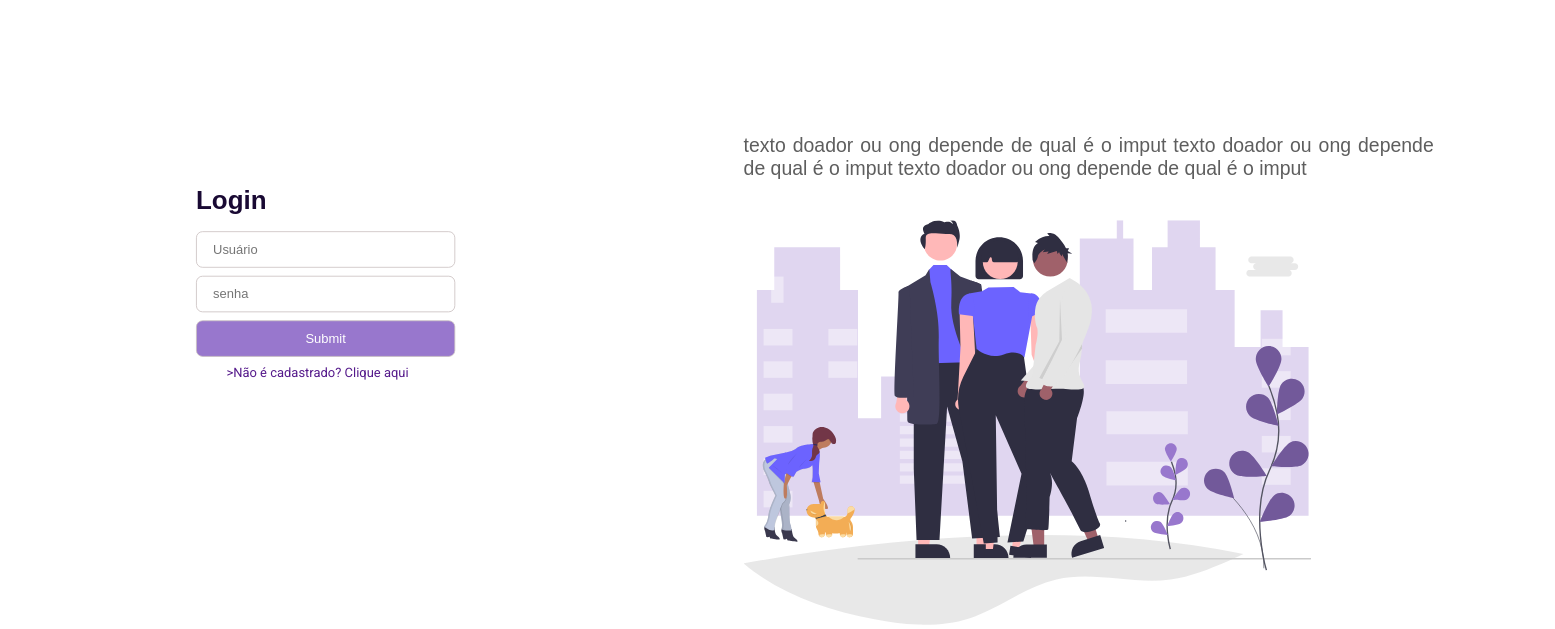
Repository: Dirlandia404/Casos
Page: src/pages/login.html
An editor plug-in stored every save of this project. The page is shown before and after the next save, followed by the edit.
The browser window is 1920 px wide. The pictures show the whole page, at 81% of full size.

Above is the page before, as saved 2021-07-14 10:07:07.

### src/pages/login.html
<!DOCTYPE html>
<html lang="pt_br">

<head>
    <meta charset="UTF-8">
    <meta name="viewport" content="width=device-width, initial-scale=1.0">
    <title>Login</title>
    <!--pegar fontes-->
    <link href="https://fonts.googleapis.com/css2?family=Roboto&family=Ubuntu:wght@700&display=swap" rel="stylesheet">

    <link rel="stylesheet" href="/src/style/login.css">



    <link rel="stylesheet" href="/src/style/midia.css">
</head>
<body>
    <div id="page-login">
        <div id="lado-d">
            <p>
                texto doador ou ong depende de qual é o imput
                texto doador ou ong depende de qual é o imput
                texto doador ou ong depende de qual é o imput

            </p>
            <img src="/public/Group 15.svg" alt="">
        </div>
        <div id="login">
            <h1>Login</h1>
            <form action="">
                <input type="text" placeholder="Usuário">
                <input type="password" placeholder="senha">
                <input type="submit" placeholder="Entrar" >


                <a href="">>Não é cadastrado? Clique aqui</a>
            </form>
        </div>

    </div>


</body>
</html>

### src/style/login.css

form{
    text-align: center;


}
#lado-d{
    position:absolute;
    left:40%;
    top:30%;
    margin-left: 150px;
    margin-top: -50px;
}
#lado-d p{
    font-size: 24px;
    font-family: Arial, Helvetica, sans-serif;
    color: #5E5E5E;
    text-align: justify;
    margin-right: 150px;
    margin-bottom: 50px;
}
img{
    width: 70%;
}

#login{
    max-width: 500px;
    width: 320px;
    margin: 200px 200px;
    position: absolute;
    left: 10%;
    top: 20%;
    transform: translate(-50%, -50%);


}
#login h1{
    padding: 10px;
    color: #190933;
    font-family: sans-serif;
}
#login span{
    justify-items: center;
    justify-content: center;
}
#login a{
    align-items: center;
    justify-content: center;
}
#login a:hover{
    color: rgb(9, 231, 9);
}
input{
    display: block;
    height: 45px;
    width: 100%;
    margin: 10px;
    border-radius: 8px;
    border: 1px solid rgb(202, 192, 192);

    font-size: 16px;
    padding:10px 20px;

    color: #190933;


}
input[type=submit]{
    background: #9877CD;
    color: white;
    text-align: center;
}

input[type=submit]:hover{
    background-color: #190933;
}

### src/style/midia.css
@media(max-width: 900px){
    #page-home{
        background-position-x: 70vw;
    }
    #page-home .content{
        align-items: center;
        text-align: center;

    }

    #page-home main{
        align-items: center;
    }

}
@media(min-width:1700px){
    #page-home, #page-login{
        background-position-x: 40vw;
    }
}
@media(max-height:760px){
    #page-home, #page-login{
        background-position-y: 200px;
    }
}

*{
    margin: 0;
    padding: 0;
    box-sizing: border-box;
}
html{
    font-family: 'Roboto', sans-serif;
}
body{
     background: white;
    -webkit-font-smoothing: antialiased;
}
a{
    text-decoration: none;

}
a:hover{
    text-decoration: underline;
}
h1, h2, h3,h4, h5, h6{
    font-family: 'Ubuntu', sans-serif;
}

After the next save:
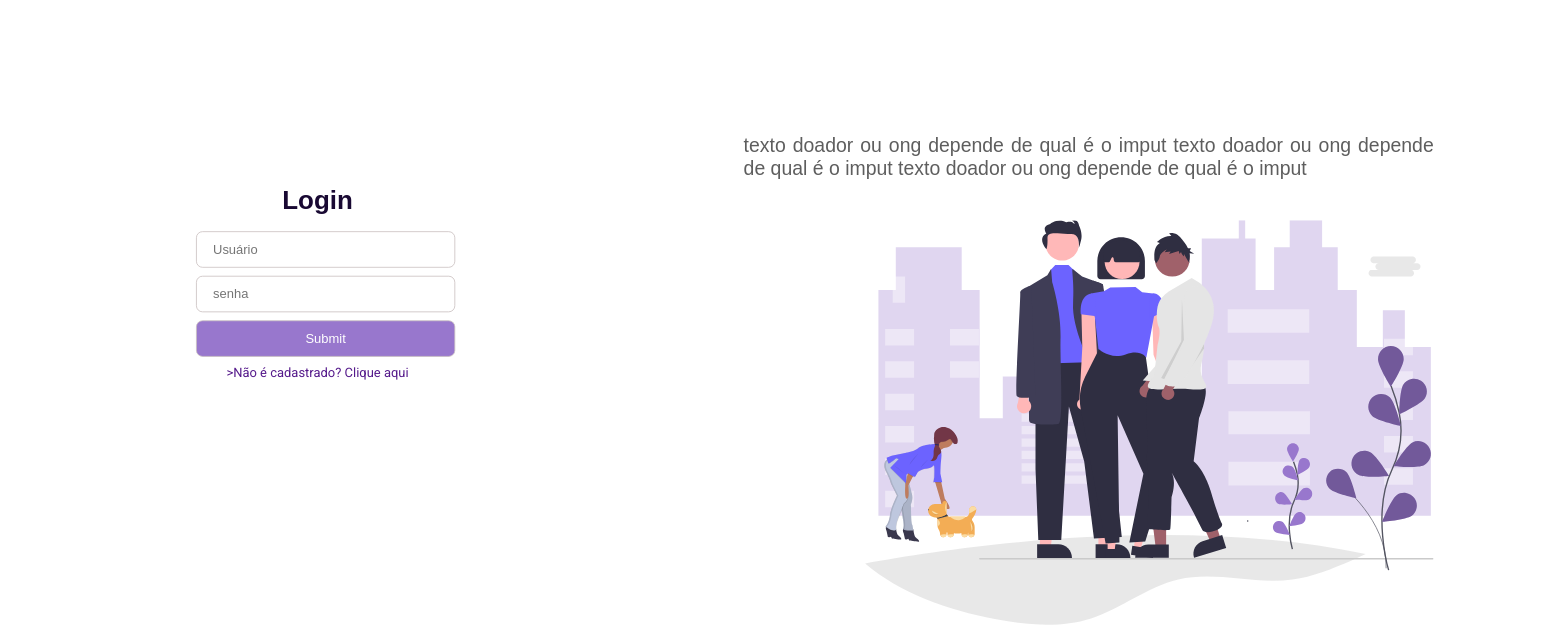
Saved 37 s later.
--- a/src/style/midia.css
+++ b/src/style/midia.css
@@ -16,6 +16,9 @@
 @media(min-width:1700px){
     #page-home, #page-login{
         background-position-x: 40vw;
+    }
+    #page-login{
+        text-align: center;
     }
 }
 @media(max-height:760px){

After the save that followed:
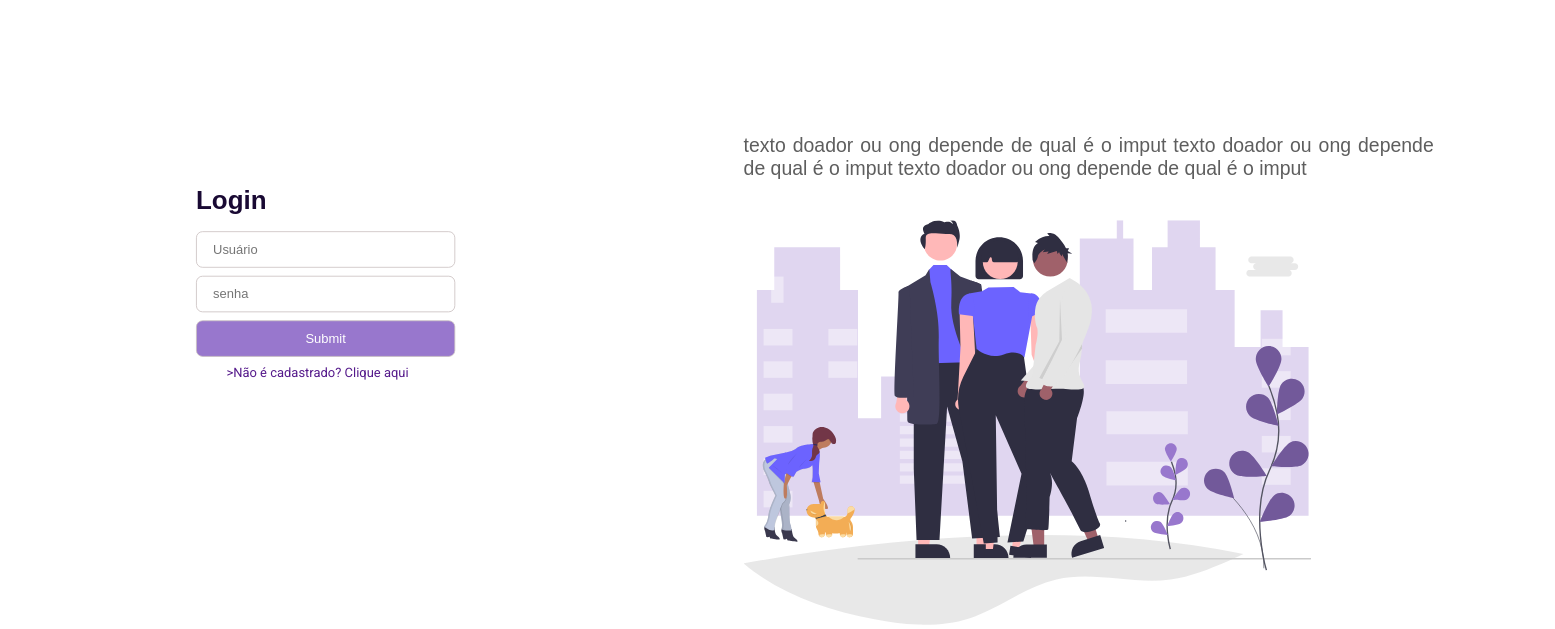
Saved 43 s later.
--- a/src/style/midia.css
+++ b/src/style/midia.css
@@ -17,9 +17,7 @@
     #page-home, #page-login{
         background-position-x: 40vw;
     }
-    #page-login{
-        text-align: center;
-    }
+
 }
 @media(max-height:760px){
     #page-home, #page-login{
